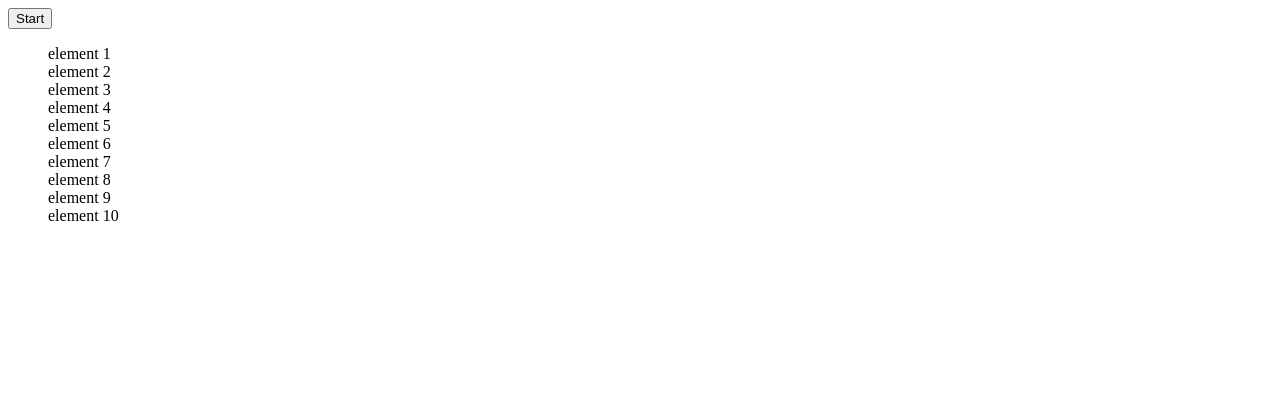
Repository: bartosz1919/Exercise-with-JS---MouseEvents--
Page: index.html
An editor plug-in stored every save of this project. The page is shown before and after the next save, followed by the edit.
The browser window is 1280 px wide. The pictures show the whole page.
After loading, the first visible `button` was clicked once.

Above is the page before, as saved 2020-03-24 23:07:37.

After the next save:
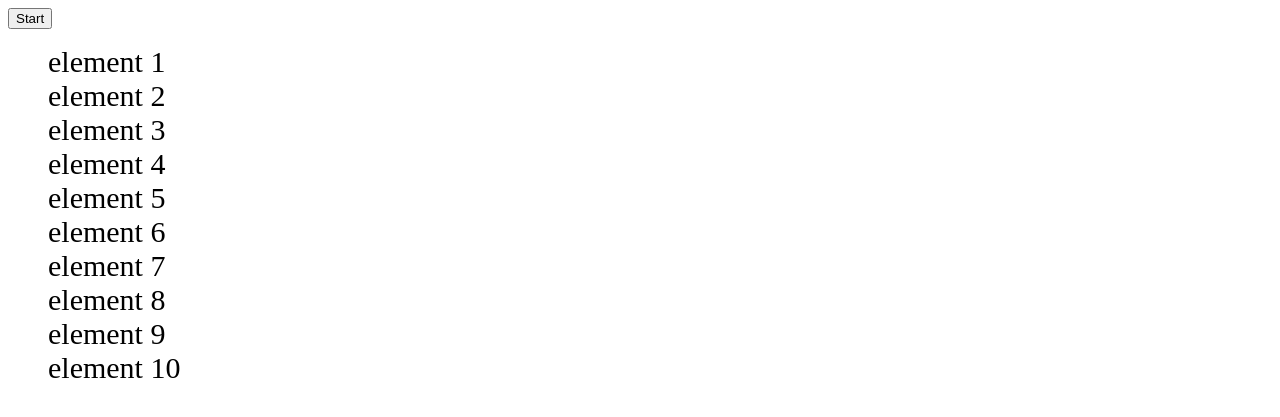
Saved 24 s later.
--- a/main.js
+++ b/main.js
@@ -9,7 +9,7 @@
     size++;
     for (let i = 0; i < li.length; i++) {
         li[i].style.display = "block";
-        li[i].style.fontSize = '${size}px';
+        li[i].style.fontSize = '30px';
 
         console.log(size);
 

After the save that followed:
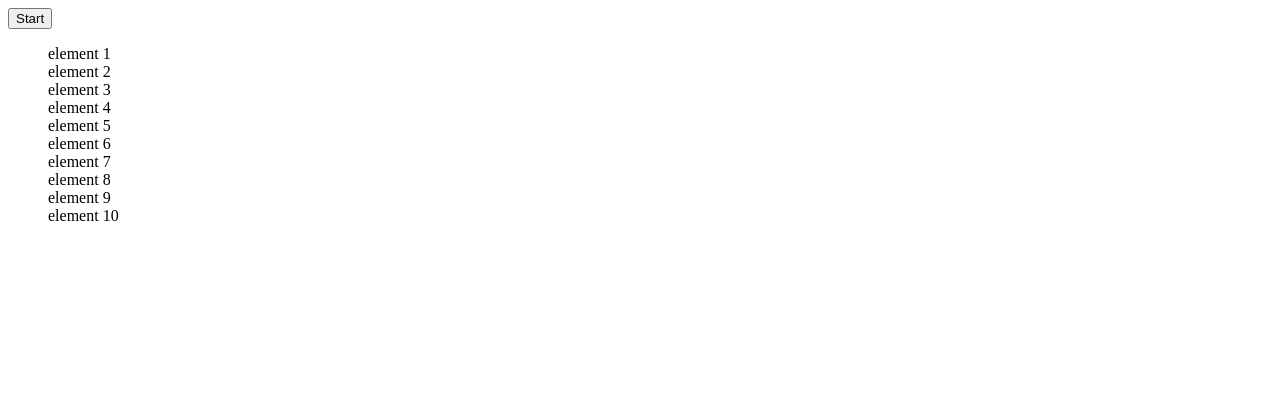
Saved 21 s later.
--- a/main.js
+++ b/main.js
@@ -9,7 +9,7 @@
     size++;
     for (let i = 0; i < li.length; i++) {
         li[i].style.display = "block";
-        li[i].style.fontSize = '30px';
+        li[i].style.fontSize = '${size}px';
 
         console.log(size);
 
